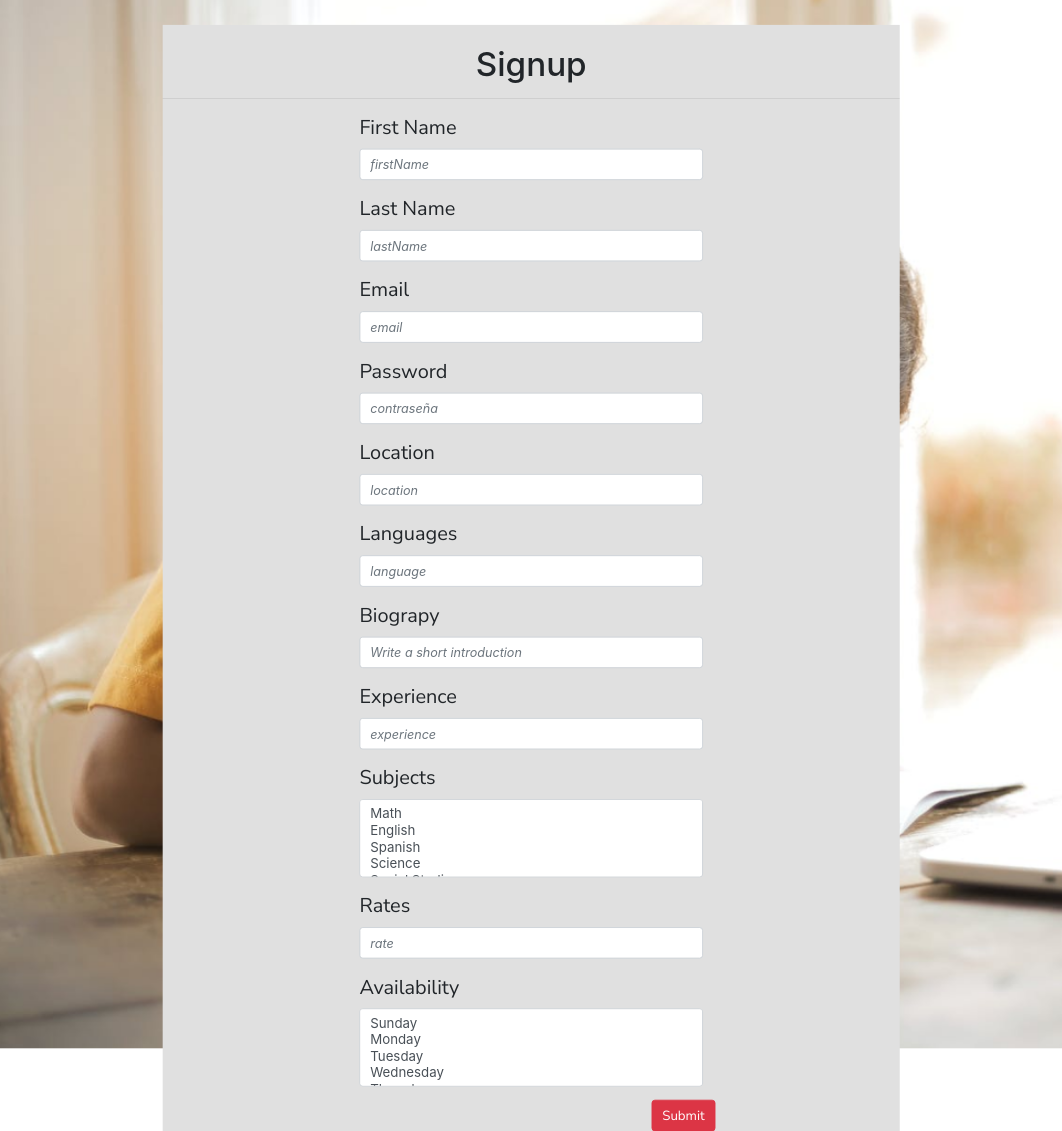
Repository: uprm-inso-4117-2020-2021-s2/semester-project-uprm-inso-4117-2020-2021-s2-team-7
Page: / (app in tutorfinder/)
The author's editor kept a copy of each file at every save. The page is drawn from the files as they stood at one save, then again after a run of saves.
The browser window is 1280 px wide. The pictures show the whole page, at 83% of full size.
The project was rebuilt for these pictures with package versions that can differ from the ones it lists, and the page was loaded fresh each time. Also part of the build but not shown: tutorfinder/src/components/Navbar.css, tutorfinder/src/components/Navbar.js, tutorfinder/src/components/TutorInfo.js, tutorfinder/src/Nav.js, tutorfinder/src/Signup.js, tutorfinder/src/Login.js, tutorfinder/src/Home.js, tutorfinder/src/BulletinBoard.css and 3 more.

Above is the page before, as saved 2021-03-30 23:00:19.

### tutorfinder/src/App.js
import React from 'react';
import Navbar from './components/Navbar';
import TutorInfo from './components/TutorInfo'
import './App.css';
import Home from './Home';
import 'bootstrap/dist/css/bootstrap.min.css';
import BulletinBoard from './BulletinBoard';
import Nav from './Nav.js';
import SignupPage from "./SignupPage";

function App() {
  return (
    <div className="App">
      <head>
        <link
          rel="stylesheet"
          href="https://cdn.jsdelivr.net/npm/bootstrap@4.6.0/dist/css/bootstrap.min.css"
          integrity="sha384-B0vP5xmATw1+K9KRQjQERJvTumQW0nPEzvF6L/Z6nronJ3oUOFUFpCjEUQouq2+l"
          crossorigin="anonymous"
        />
      </head>
      {/* <Home></Home> */}
      {/* <TutorInfo></TutorInfo> */}
      <SignupPage></SignupPage>
        {/* <Navbar fixed="top" />
        <TutorInfo /> */}
        {/* <BulletinBoard></BulletinBoard> */}

    </div>
  );
}



export default App;

### tutorfinder/src/SignupPage.js
import React from "react";
import "./App.css";
import "./SignupPage.css"
import { Input, FormGroup, Label, Form, Container, Button, Col } from 'reactstrap';

class SignupPage extends React.Component {

  render() {

    return (
      <div className="container  ">

          <div className=" body center">
<br></br>
          <h1 className="">Signup</h1>
          <hr></hr>
          <div className="content center">
            <Form className=""  >

            <Col className="">
                <FormGroup inline>
                  <div className="text-left">
                    <Label >First Name</Label>
                  </div>

                  <Input
                    type="firstName"
                    name="firstName"

                    id="examplefirstName"
                    placeholder="firstName"
                    className="size"
                  />
                </FormGroup>
              </Col>

              <Col className="">
                <FormGroup inline>
                  <div className="text-left">
                    <Label >Last Name</Label>
                  </div>

                  <Input
                    type="lastName"
                    name="lastName"

                    id="examplelastName"
                    placeholder="lastName"
                    className="size"
                  />
                </FormGroup>
              </Col>

              <Col className="">
                <FormGroup inline>
                  <div className="text-left">
                    <Label >Email</Label>
                  </div>

                  <Input
                    type="email"
                    name="email"

                    id="exampleEmail"
                    placeholder="email"
                    className="size"
                  />
                </FormGroup>
              </Col>

              <Col className="">
                <FormGroup >
                  <div className="text-left">
                    <Label for="">Password</Label>
                  </div>

                  <Input
                    type="password"
                    name="password"

                    id="examplePassword"
                    placeholder="contraseña"
                    className="size"
                  />
                </FormGroup>
              </Col>

              <Col className="">
                <FormGroup >
                  <div className="text-left">
                    <Label for="">Location</Label>
                  </div>

                  <Input
                    type="location"
                    name="location"

                    id="examplelocation"
                    placeholder="location"
                    className="size"
                  />
                </FormGroup>
              </Col>

              <Col className="">
                <FormGroup >
                  <div className="text-left">
                    <Label for="">Languages</Label>
                  </div>

                  <Input
                    type="language"
                    name="language"

                    id="examplelanguage"
                    placeholder="language"
                    className="size"
                  />
                </FormGroup>
              </Col>

              <Col className="">
                <FormGroup >
                  <div className="text-left">
                    <Label for="">Biograpy</Label>
                  </div>

                  <Input
                    type="biography"
                    name="biography"

                    id="examplebiography"
                    placeholder="Write a short introduction"
                    className="size"
                  />
                </FormGroup>
              </Col>

              <Col className="">
                <FormGroup >
                  <div className="text-left">
                    <Label for="">Experience</Label>
                  </div>

                  <Input
                    type="experience"
                    name="experience"

                    id="examplebexperience"
                    placeholder="experience"
                    className="size"
                  />
                </FormGroup>
              </Col>

              <Col className="">
                <FormGroup >
                  <div className="text-left">
                    <Label for="">Subjects</Label>
                  </div>

                  <Input type="select" name="selectMulti" id="exampleSelectMulti" multiple>
          <option>Math</option>
          <option>English</option>
          <option>Spanish</option>
          <option>Science</option>
          <option>Social Studies</option>
        </Input>
                </FormGroup>
              </Col>

              <Col className="">
                <FormGroup >
                  <div className="text-left">
                    <Label for="">Rates</Label>
                  </div>

                  <Input
                    type="rate"
                    name="rate"

                    id="exampleRate"
                    placeholder="rate"
                    className="size"
                  />
                </FormGroup>
              </Col>

              <Col className="">
                <FormGroup >
                  <div className="text-left">
                    <Label for="">Availability</Label>
                  </div>

                  <Input type="select" name="selectMulti" id="exampleSelectMulti" multiple>
          <option>Sunday</option>
          <option>Monday</option>
          <option>Tuesday</option>
          <option>Wednesday</option>
          <option>Thursday</option>
          <option>Friday</option>
          <option>Saturday</option>
        </Input>
                </FormGroup>
              </Col>

              <div className="text-right">


                <Button color="danger" type="submit" className="buttons submit"  >Submit</Button>
              </div>
            </Form>
            </div>

          </div>

      </div>

    );
  }
}

export default SignupPage;

### tutorfinder/src/components/TutorInfo.css
.container {
    padding-top: 30px;
    width: 30%;
}

.Profile {
  padding: 2rem;
  border: 2px solid #fff;
  text-align: center;
  background-color: #E0E0E0;
  border: 1px solid #6F6B6B;
  border-radius: 1rem!important;
}

.pfp {
    text-align: center;
    width: 75%;
}

.Info {
    padding: 1rem;
    border: 1px solid #6F6B6B;
    background-color: #E0E0E0;
    border-radius: 1rem!important;
    overflow-y: auto;
}

.Name {
    padding: 10px;
}

.More {
    border-bottom: 1px solid #6F6B6B;
    padding-bottom: 15px;
    padding-top: 5px;
    margin-left: 10px;
}

ul {
    margin-left: 10px;
    padding-top: 10px;
    overflow-y: auto;
    position: absolute;
    white-space: nowrap;
}

::-webkit-scrollbar {
    width: 0px;
    background: transparent;
}

* {
  -ms-overflow-style: none !important;
}

### tutorfinder/src/Home.css
@import url('https://fonts.googleapis.com/css2?family=Nunito+Sans&display=swap');

body {
    background: url('assets/main.png');
    background-repeat: no-repeat;
    background-size: cover;
    background-position-y: -100px;
}


.box {
    margin-left: 30%;
    width: 40%;
    background: rgba(255, 255, 255, 0.65);
    border-radius: 25px;
    padding: 20px;
}

.boxTitle {
    font-family: Nunito Sans;
    font-style: normal;
    font-weight: bold;
    font-size: 40px;
    line-height: 50px;
    text-align: center;

    color: #333333;
}

.boxText {
    font-family: Nunito Sans;
    font-style: normal;
    font-weight: 300;
    font-size: 24px;
    line-height: 29px;
    text-align: center;

    color: #000000;
}

.form-control:focus {
    box-shadow: none;
}

.form-control-underlined {
    border-width: 0;
    border-bottom-width: 1px;
    border-radius: 0;
    padding-left: 0;
}

.form-control::placeholder {
    font-size: 0.95rem;
    color: #aaa;
    font-style: italic;
  }

### tutorfinder/src/Nav.css
@import url("https://fonts.googleapis.com/css2?family=Nunito+Sans&display=swap");

.title {
  font-family: "Nunito Sans", sans-serif;
  font-style: normal;
  font-weight: bold;
  font-size: 48px;
  line-height: 65px;

}

.navBar {
    table-layout: fixed;
  background-color: #5d7fc5;
  width: 100%;
}

.buttons {
  background: #e0e0e0;
  border-radius: 45px;
  outline: none;
  border-style: solid;

}

.buttonLetters {
  font-family: "Nunito Sans", sans-serif;
  font-style: normal;
  font-weight: 300;
  font-size: 1.8em;
  line-height: 41px;
  text-align: center;
  padding-right: 10%;
  padding-left: 10%;

}

.left{
text-align: left;
padding-left: 2.5%;
width: 50%;
}

.right{
    text-align: left;
    padding-right: 10%;
    width: 20%;
}

.middle{
    /* background-color: red; */
    text-align: right;
    padding-right: 2.5%;
}

### tutorfinder/src/SignupPage.css

.body{
    background-color: #E0E0E0;
    position: relative;
  text-align: center;
  width: 80%;


}

.container{
    text-align: center;

}

.content{
    position: relative;
    text-align: center;
    width: 50%;

}

.center{
    margin-left: auto;
    margin-right: auto;

}

### tutorfinder/src/Welcome.css

@import url("https://fonts.googleapis.com/css2?family=Nunito+Sans&display=swap");

.background{
background-image: url("./assets/bg.png");
width:100%;
height:60em;
position:relative;
}

.square{
    background: rgba(255, 255, 255, 0.65);
border-radius: 25px;
text-align: center;
}

.everything{
    position:absolute;
    top:50%;
    left:50%;
    width :75%;
    height:25%;
    margin-left:-37.5%;
    margin-top:5%;

}

.search{
    width: 100%;
    background: #FFFFFF;
box-shadow: 0px 4px 4px rgba(0, 0, 0, 0.25);
border-radius: 50px;
height: 1.5em;
}

.paragraph{
    font-family: "Nunito Sans", sans-serif;
font-style: normal;
font-weight: 300;
font-size: 1.5em;
line-height: 49px;
text-align: center;
}

.heading{
    font-family: "Nunito Sans", sans-serif;
font-style: normal;
font-weight: bold;
font-size: 3em;
line-height: 87px;
text-align: center;
}

.login{
    position:absolute;
    top:50%;
    left:50%;
    width :75%;
    height:50%;
    margin-left:-37.5%;
    margin-top:5%;
    text-align: center;
    background: rgba(255, 255, 255, 0.65);
    border-radius: 25px;
}

.signup{
    position:absolute;
    top:40%;
    left:50%;
    width :75%;
    height:60%;
    margin-left:-37.5%;
    margin-top:5%;
    text-align: center;
    background: rgba(255, 255, 255, 0.65);
    border-radius: 25px;
}


.size{
    width: 75%;
    background-color: aqua;
}

.fullWidth{
    width: 100%;
}

.text-right{
    text-align: right;

}

.text-left{
    text-align: left;

    font-family: "Nunito Sans", sans-serif;
    font-size: 1.5em;
}

.submit{
    font-family: "Nunito Sans", sans-serif;
    font-style: normal;
    font-weight: 300;
    font-size: 1.2em;
line-height: 200%;
    text-align: center;
    padding-right: 2%;
    padding-left: 2%;
}

.color{
    background-color: red;
}

Loaded but not shown: tutorfinder/public/index.html (common file); tutorfinder/src/index.js (common file); tutorfinder/src/index.css (common file); tutorfinder/src/reportWebVitals.js (common file); tutorfinder/src/App.css (common file)

After the next 3 saves:
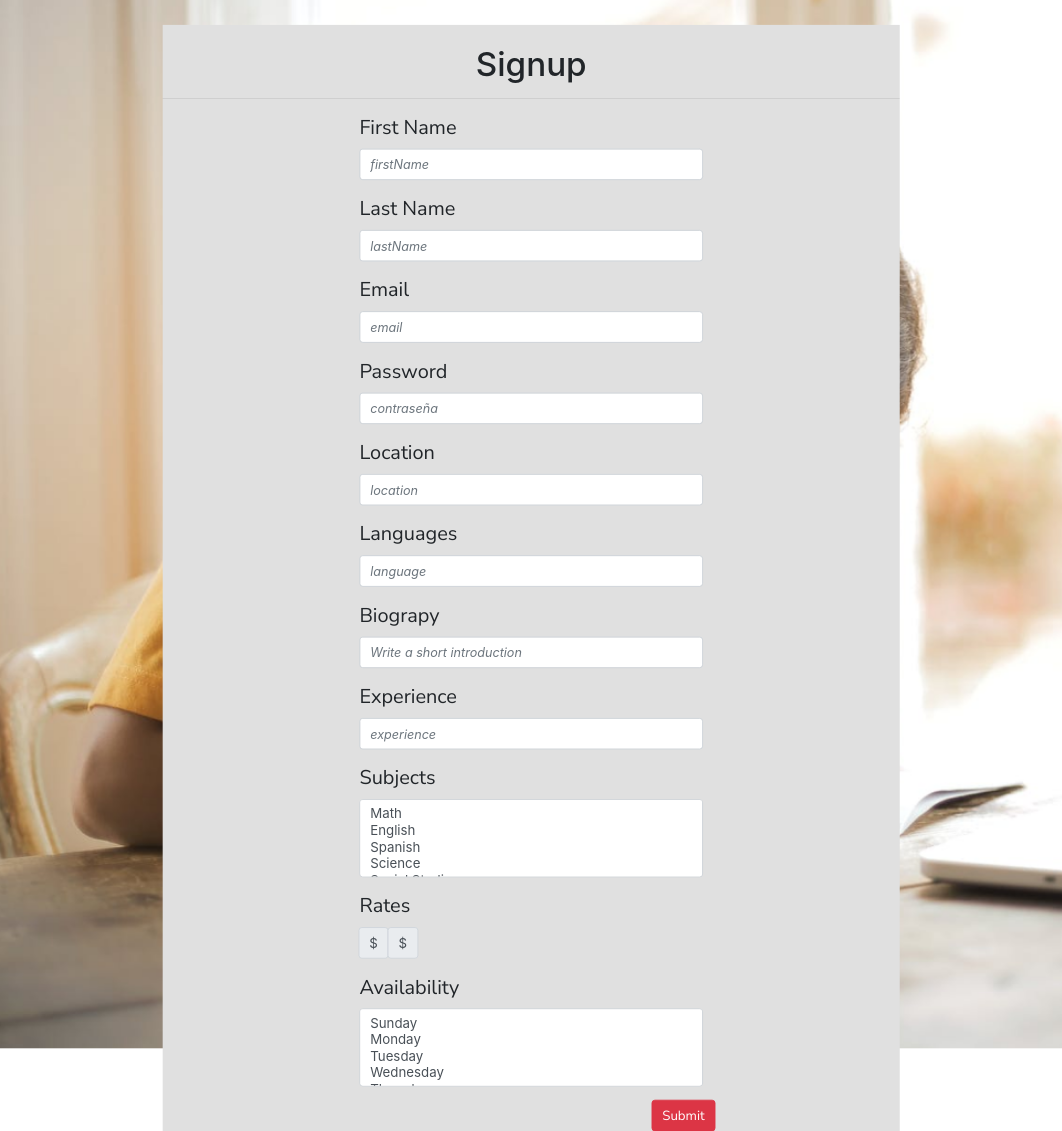
The 3 saves are shown as one change because 2 did not build or start.
The last was saved 80 s later.
--- a/tutorfinder/src/SignupPage.js
+++ b/tutorfinder/src/SignupPage.js
@@ -1,7 +1,7 @@
 import React from "react";
 import "./App.css";
 import "./SignupPage.css"
-import { Input, FormGroup, Label, Form, Container, Button, Col } from 'reactstrap';
+import { Input, FormGroup, Label, Form, Container, Button, Col, InputGroup, InputGroupAddon, InputGroupText } from 'reactstrap';
 
 class SignupPage extends React.Component {
 
@@ -175,14 +175,10 @@ class SignupPage extends React.Component {
                     <Label for="">Rates</Label>
                   </div>
 
-                  <Input
-                    type="rate"
-                    name="rate"
-
-                    id="exampleRate"
-                    placeholder="rate"
-                    className="size"
-                  />
+                  <InputGroupAddon addonType="append">
+          <InputGroupText>$</InputGroupText>
+          <InputGroupText>$</InputGroupText>
+        </InputGroupAddon>
                 </FormGroup>
               </Col>
 
